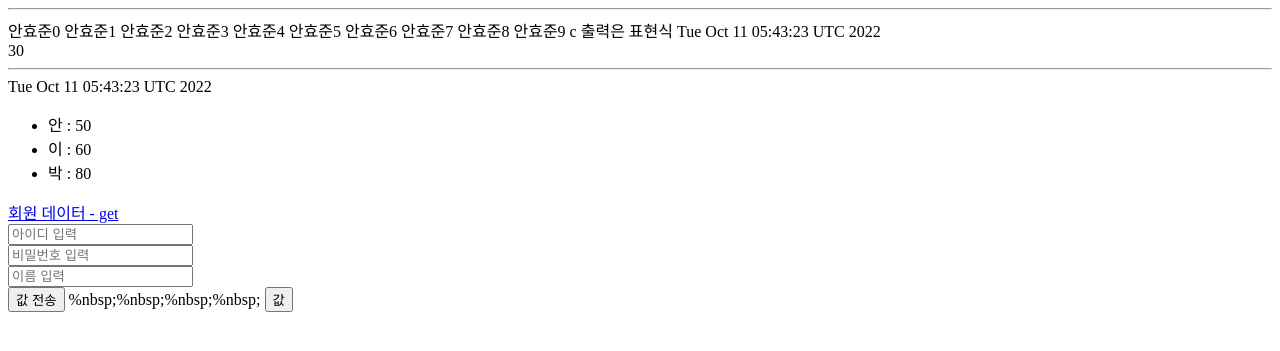
Repository: HyoJun-A/jsp
Page: http://localhost/practice01/
These files come from the project's save history. The page is drawn as it stood at one moment and after a run of saves; the edit follows.
The browser window is 1280 px wide. The pictures show the whole page.
The page is served by Tomcat 9.

Above is the page before, as saved 2022-10-11 06:49:08.

After the next 2 saves:
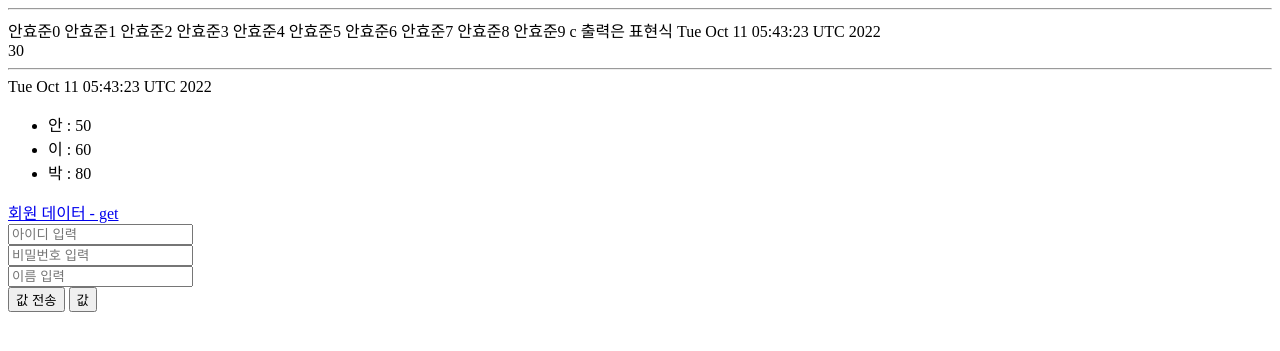
The 2 saves are shown as one change because they came seconds apart.
The last was saved 10 s later.
--- a/practice01/WebContent/index.jsp
+++ b/practice01/WebContent/index.jsp
@@ -55,7 +55,7 @@
 		<input name="id" id="id" placeholder="아이디 입력"><br>
 		<input type="password" name="pw" id="pw" placeholder="비밀번호 입력"><br>
 		<input name="name" id="name" placeholder="이름 입력"><br>
-		<input type="submit" value="값 전송"> %nbsp;%nbsp;%nbsp;%nbsp;
+		<input type="submit" value="값 전송">
 		<input type="submit" value="값">
 	</form>
 	<div id="msg">
